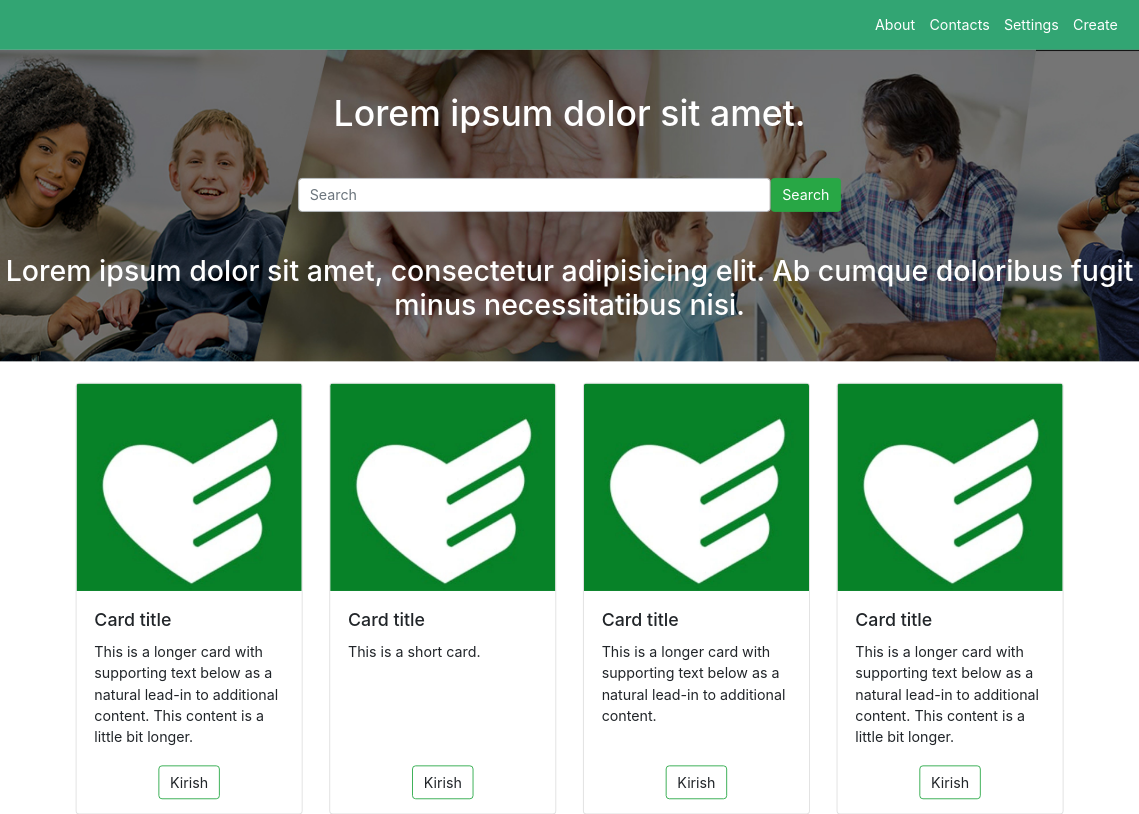
Repository: abduvali-aminov/fond
Page: http://localhost/main
An editor plug-in stored every save of this project. The page is shown before and after a run of saves, followed by the edit.
The browser window is 1280 px wide. The pictures show the whole page, at 89% of full size.
The page is served by the project's Laravel application, run on PHP 8.4 with Laravel 8. Other server files are loaded and not shown.

Above is the page before, as saved 2021-01-18 13:34:57.

### routes/web.php
<?php

use App\Http\Controllers\AppliesController;
use App\Http\Controllers\MainController;
use Illuminate\Support\Facades\Route;

/*
|--------------------------------------------------------------------------
| Web Routes
|--------------------------------------------------------------------------
|
| Here is where you can register web routes for your application. These
| routes are loaded by the RouteServiceProvider within a group which
| contains the "web" middleware group. Now create something great!
|
*/

Route::get('/', function () {
    return view('welcome');
});

Route::get('/apply', [AppliesController::class, 'index'])->name('apply');
Route::get('/apply-create', [AppliesController::class, 'create'])->name('apply-create');
Route::post('/apply-store', [AppliesController::class, 'store'])->name('apply-store');
Route::get('/main', [MainController::class, 'index'])->name('main');

### app/Http/Controllers/MainController.php
<?php

namespace App\Http\Controllers;

use Illuminate\Http\Request;

class MainController extends Controller
{
    public function index()
    {
        return view('main.index');
    }
}

### resources/views/main/index.blade.php
@extends('main.main')
@section('content')

    <div  style="height: 350px;background-image:url('{{ asset('images/photo_3.jpg') }}');position:relative">
        <center>
            <div class="pt-5">
                <h1 class="text-white">Lorem ipsum dolor sit amet.</h1>
                <form class="d-flex col-6 mt-5">
                    <input class="form-control" type="search" placeholder="Search" aria-label="Search">
                    <button class="btn btn-success" type="submit">Search</button>
                </form>
                <h2 class="text-center text-white mt-5">Lorem ipsum dolor sit amet, consectetur adipisicing elit. Ab cumque doloribus fugit minus necessitatibus nisi.</h2>
            </div>
        </center>
    </div>

    <div class="container">
        <div class="row row-cols-1 mt-4 row-cols-md-4 g-4">
            <div class="col">
                <div class="card h-100">
                    <img src="{{ asset('/images/photo.jpg') }}" class="card-img-top" alt="...">                <div class="card-body">
                        <h5 class="card-title">Card title</h5>
                        <p class="card-text">This is a longer card with supporting text below as a natural lead-in to
                            additional content. This content is a little bit longer.</p>
                    </div>
                    <div class="text-center mb-3">
                        <a class="btn btn-outline-success"> Kirish </a>
                    </div>
                </div>
            </div>
            <div class="col">
                <div class="card h-100">
                    <img src="{{ asset('/images/photo.jpg') }}" class="card-img-top" alt="...">
                    <div class="card-body">
                        <h5 class="card-title">Card title</h5>
                        <p class="card-text">This is a short card.</p>
                    </div>
                    <div class="text-center mb-3">
                        <a class="btn btn-outline-success"> Kirish </a>
                    </div>
                </div>
            </div>
            <div class="col">
                <div class="card h-100">
                    <img src="{{ asset('/images/photo.jpg') }}" class="card-img-top" alt="...">
                    <div class="card-body">
                        <h5 class="card-title">Card title</h5>
                        <p class="card-text">This is a longer card with supporting text below as a natural lead-in to
                            additional content.</p>
                    </div>
                    <div class="text-center mb-3">
                        <a class="btn btn-outline-success"> Kirish </a>
                    </div>
                </div>
            </div>
            <div class="col">
                <div class="card h-100">
                    <img src="{{ asset('/images/photo.jpg') }}" class="card-img-top" alt="...">
                    <div class="card-body">
                        <h5 class="card-title">Card title</h5>
                        <p class="card-text">This is a longer card with supporting text below as a natural lead-in to
                            additional content. This content is a little bit longer.</p>
                    </div>
                    <div class="text-center mb-3">
                        <a class="btn btn-outline-success"> Kirish </a>
                    </div>
                </div>
            </div>
        </div>
    </div>

@endsection

### resources/views/main/main.blade.php
<!DOCTYPE html>
<html lang="en">
<head>
    <meta charset="UTF-8">
    <meta name="viewport" content="width=device-width, initial-scale=1.0">
    <meta http-equiv="X-UA-Compatible" content="ie=edge">
    <title>Document</title>

    <!-- Including the bootstrap CDN -->
    <link rel="stylesheet" href=
    "https://maxcdn.bootstrapcdn.com/bootstrap/4.4.1/css/bootstrap.min.css">
        <link rel="stylesheet" href="https://cdnjs.cloudflare.com/ajax/libs/font-awesome/4.7.0/css/font-awesome.min.css">
        <style>
            #navbar {
                /*margin-top: 20px;*/
                -webkit-text-fill-color: white;
                background-color: #32a573;
                /*position:fixed;*/
                /*top:0;*/
            }
        </style>
</head>

<body>

    <!-- Creating a navigation bar using the
            .navbar class of bootstrap -->
    <nav class="navbar navbar-expand-sm  " id="navbar">
        <ul class="navbar-nav ml-auto">
            <li class="nav-item">
                <a class="nav-link" href="#">
                    About
                </a>
            </li>
            <li class="nav-item">
                <a class="nav-link" href="#">
                    Contacts
                </a>
            </li>
            <li class="nav-item">
                <a class="nav-link" href="#">
                    Settings
                </a>
            </li>
            <li class="nav-item">
                <a class="nav-link" href="{{ route('apply-create') }}">
                    Create
                </a>
            </li>
        </ul>
    </nav>
</body>

</html>
    @yield('content')



    <!-- JS, Popper.js, and jQuery -->
    <script src="https://code.jquery.com/jquery-3.5.1.slim.min.js" integrity="sha384-DfXdz2htPH0lsSSs5nCTpuj/zy4C+OGpamoFVy38MVBnE+IbbVYUew+OrCXaRkfj" crossorigin="anonymous"></script>
    <script src="https://cdn.jsdelivr.net/npm/popper.js@1.16.1/dist/umd/popper.min.js" integrity="sha384-9/reFTGAW83EW2RDu2S0VKaIzap3H66lZH81PoYlFhbGU+6BZp6G7niu735Sk7lN" crossorigin="anonymous"></script>
    <script src="https://stackpath.bootstrapcdn.com/bootstrap/4.5.2/js/bootstrap.min.js" integrity="sha384-B4gt1jrGC7Jh4AgTPSdUtOBvfO8shuf57BaghqFfPlYxofvL8/KUEfYiJOMMV+rV" crossorigin="anonymous"></script>

</html>

Loaded but not shown: app/Http/Controllers/Controller.php (common file)

After the next 2 saves:
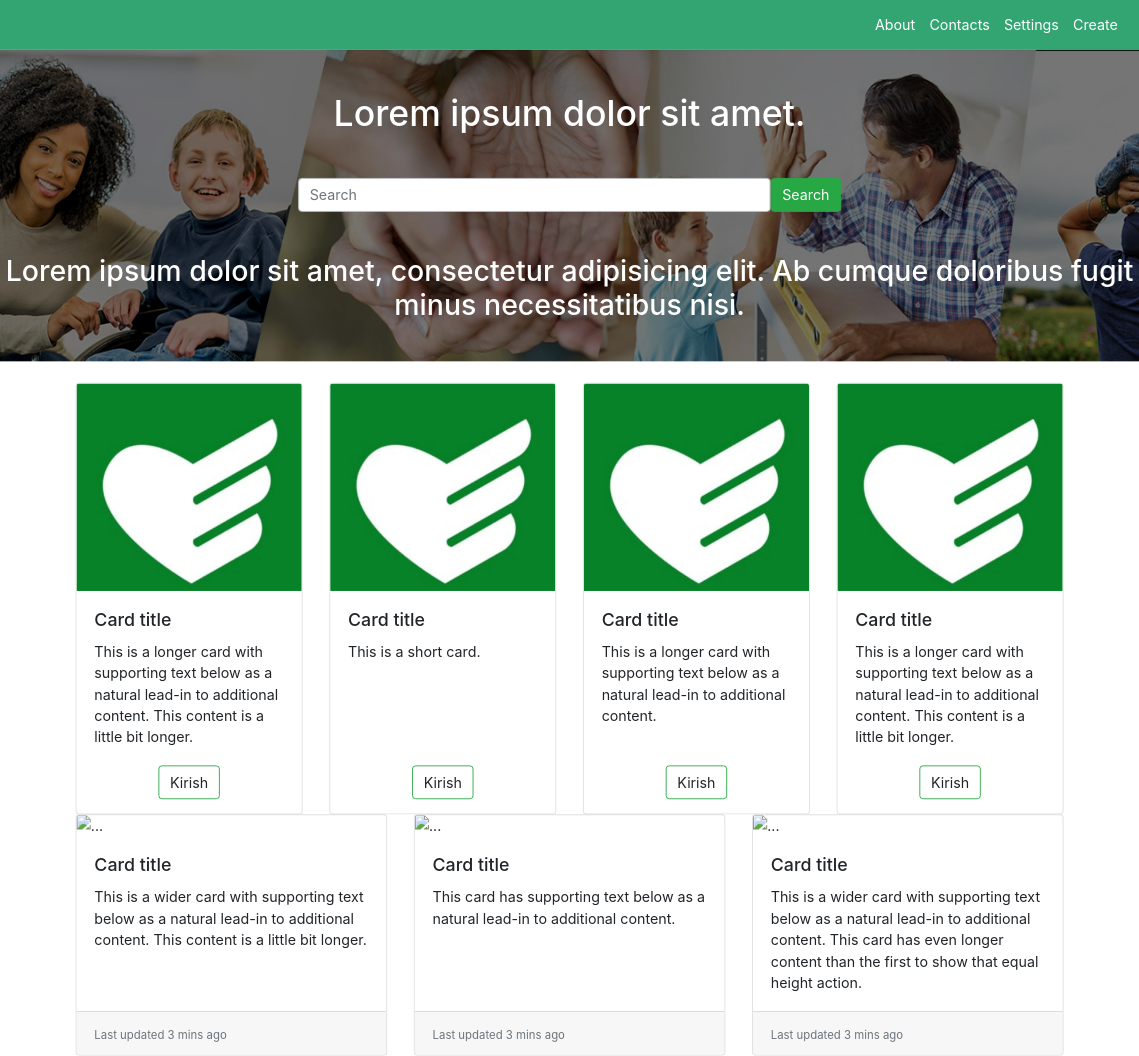
The 2 saves are shown as one change because they came seconds apart.
The last was saved 10 min 40 s later.
--- a/resources/views/main/index.blade.php
+++ b/resources/views/main/index.blade.php
@@ -67,6 +67,48 @@
                 </div>
             </div>
         </div>
+
+
+        <div class="row row-cols-1 row-cols-md-3 g-4">
+            <div class="col">
+              <div class="card h-100">
+                <img src="..." class="card-img-top" alt="...">
+                <div class="card-body">
+                  <h5 class="card-title">Card title</h5>
+                  <p class="card-text">This is a wider card with supporting text below as a natural lead-in to additional content. This content is a little bit longer.</p>
+                </div>
+                <div class="card-footer">
+                  <small class="text-muted">Last updated 3 mins ago</small>
+                </div>
+              </div>
+            </div>
+            <div class="col">
+              <div class="card h-100">
+                <img src="..." class="card-img-top" alt="...">
+                <div class="card-body">
+                  <h5 class="card-title">Card title</h5>
+                  <p class="card-text">This card has supporting text below as a natural lead-in to additional content.</p>
+                </div>
+                <div class="card-footer">
+                  <small class="text-muted">Last updated 3 mins ago</small>
+                </div>
+              </div>
+            </div>
+            <div class="col">
+              <div class="card h-100">
+                <img src="..." class="card-img-top" alt="...">
+                <div class="card-body">
+                  <h5 class="card-title">Card title</h5>
+                  <p class="card-text">This is a wider card with supporting text below as a natural lead-in to additional content. This card has even longer content than the first to show that equal height action.</p>
+                </div>
+                <div class="card-footer">
+                  <small class="text-muted">Last updated 3 mins ago</small>
+                </div>
+              </div>
+            </div>
+          </div>
+
+
     </div>
 
 @endsection
